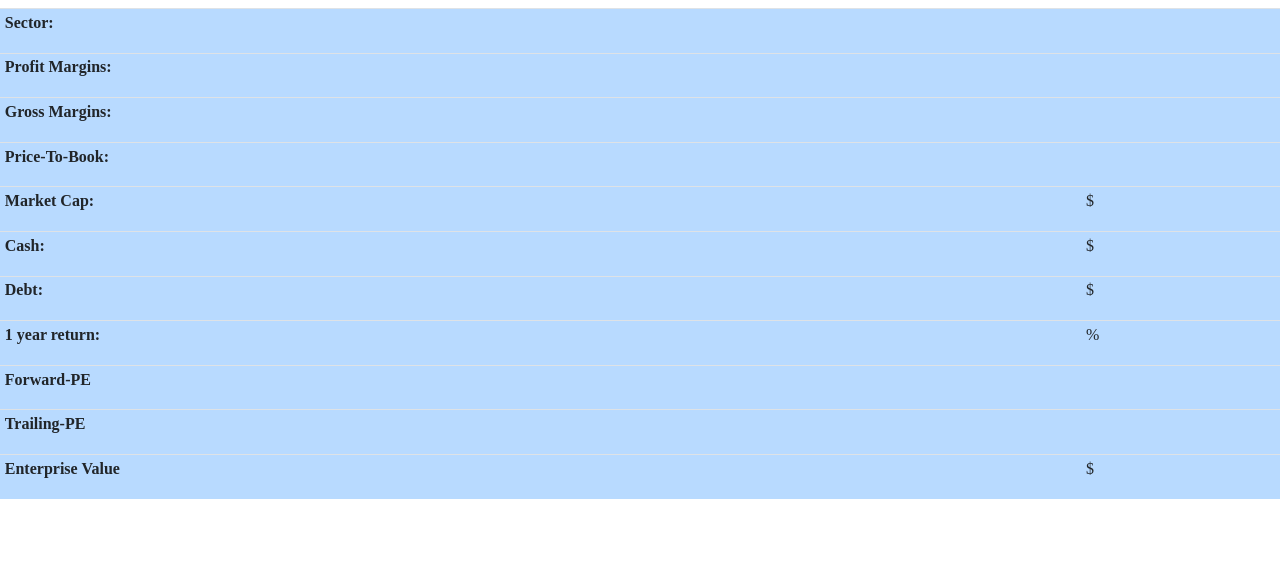
Repository: brendan12372/theSite
Page: topTen/templates/stocks/stock_detail.html
These files come from the project's save history. The page is drawn as it stood at one moment and after the next save; the edit follows.
The browser window is 1280 px wide. The pictures show the whole page.
Some web libraries are served in a nearby version. The page is served by the project's application, run on Django 4.2 (manage.py). Other server files are loaded and not shown. The template is opened directly, without the code that normally fills it, so the values that code supplies are empty.

Above is the page before, as saved 2022-03-15 00:58:38.

### topTen/templates/stocks/stock_detail.html
{% load static %}
{{ static }}

<html lang="en">
  <head>
    <!-- Required meta tags -->
    <meta charset="utf-8">
    <meta name="viewport" content="width=device-width, initial-scale=1, shrink-to-fit=no">

    <!-- Bootstrap CSS -->
    <link rel="stylesheet" href="https://cdn.jsdelivr.net/npm/bootstrap@4.0.0/dist/css/bootstrap.min.css" integrity="sha384-Gn5384xqQ1aoWXA+058RXPxPg6fy4IWvTNh0E263XmFcJlSAwiGgFAW/dAiS6JXm" crossorigin="anonymous">
    <link rel="stylesheet" type="text/css" href="{% static 'topTen/style.css' %}"><!doctype html>

    <title>Hello, world!</title>
  </head>
  <body>

    <!--  <h1 class="display-3 text-center">{{ object.shortName }}</h1>
    <p class="text-start font-weight-bold"> summary:</p><p>{{ object.summary }}</p>
    <p>{{object.news}}<a href={{object.link}}>learn more</a> </p>

    <p>market Cap: {{ object.marketCap }}</p>


    <p>Profit Margin: {{ object.profitMargins }}</p>
    <p>Profit Margin: {{ object.grossMargins }}</p>
    <p>1 year Return: {{ object.yearReturn }}</p>
    <p>Price-to-Book: {{ object.PriceToBook}}</p>
    <p>Debt Equity Ratio: {{ object.debtEquityRatio}}</p> -->
    <h1 class="display-3 text-center">{{ object.shortName }}</h1>
    <table class="table table-hover table-primary table-sm">
      <!-- <thead class="thead-dark">
        <tr>
          <th scope="col">cat</th>
          <th scope="col">val</th>
        </tr>
      </thead> -->
      <tbody>

        <tr>
          <td><p class="font-weight-bold">Sector:</p></td>
          <td>{{object.sector}}</td>
        </tr>
        <tr>
          <td><p class="font-weight-bold">Profit Margins:</p></td>
          <td>{{object.profitMargins}}</td>
        </tr>
        <tr>
          <td><p class="font-weight-bold">Gross Margins:</p></td>
          <td>{{object.grossMargins}}</td>
        </tr>

        <tr>
          <td><p class="font-weight-bold">Price-To-Book:</p></td>
          <td>{{object.PriceToBook}}</td>
        </tr>

        <tr>
          <td><p class="font-weight-bold">Market Cap:</p></td>
          <td>$ {{object.marketCap}}</td>
        </tr>
        <tr>
          <td><p class="font-weight-bold">Cash:</p></td>
          <td>$ {{object.totalCash}}</td>
        </tr>

        <tr>
          <td><p class="font-weight-bold">Debt:</p></td>
          <td>$ {{object.totalDebt}}</td>
        </tr>

        <tr>
          <td><p class="font-weight-bold">1 year return:</p></td>
          <td>{{object.yearReturn}} %</td>
        </tr>
        <tr>
          <td><p class="font-weight-bold">Forward-PE</p></td>
          <td>{{object.forwardPE}}</td>
        </tr>

        <tr>
          <td><p class="font-weight-bold">Trailing-PE</p></td>
          <td>{{object.trailingPE}}</td>
        </tr>

        <tr>
          <td><p class="font-weight-bold">Enterprise Value</p></td>
          <td>$ {{object.enterpriseValue}}</td>
        </tr>


      </tbody>
    </table>




    <!-- Optional JavaScript -->
    <!-- jQuery first, then Popper.js, then Bootstrap JS -->
    <script src="https://code.jquery.com/jquery-3.2.1.slim.min.js" integrity="sha384-KJ3o2DKtIkvYIK3UENzmM7KCkRr/rE9/Qpg6aAZGJwFDMVNA/GpGFF93hXpG5KkN" crossorigin="anonymous"></script>
    <script src="https://cdn.jsdelivr.net/npm/popper.js@1.12.9/dist/umd/popper.min.js" integrity="sha384-ApNbgh9B+Y1QKtv3Rn7W3mgPxhU9K/ScQsAP7hUibX39j7fakFPskvXusvfa0b4Q" crossorigin="anonymous"></script>
    <script src="https://cdn.jsdelivr.net/npm/bootstrap@4.0.0/dist/js/bootstrap.min.js" integrity="sha384-JZR6Spejh4U02d8jOt6vLEHfe/JQGiRRSQQxSfFWpi1MquVdAyjUar5+76PVCmYl" crossorigin="anonymous"></script>
  </body>
</html>

### tutorial/urls.py
from django.urls import path, include
from django.contrib import admin

urlpatterns = [
path('admin/', admin.site.urls),
path('', include('stocks.urls')),
path('topTen/', include('topTen.urls')),

]

### stocks/urls.py
from django.urls import path
from stocks import views
from django.contrib import admin

urlpatterns = [
    # path('stocks/', views.stocks_list),
    path('', views.stocks_list2),
    path('<int:pk>/', views.stocks_detail),
    path('<str:sector>/<str:sortBy>/<str:dir>', views.stocks_list),
    path('sectors/<str:sortBy>/<str:dir>', views.sector_list),

]

### topTen/urls.py
from django.urls import path
from topTen import views
urlpatterns = [
    # path('front/', views.front_list),
    # path('front/<int:pk>/', views.stocks_detail),
    path('sector/', views.sector_view,name='sector'),
    path('home/', views.vTwo,name='sort'),
    path('',views.home,name='home'),
    path('<int:pk>/', views.detail.as_view(),name='detail'),


]

### topTen/static/topTen/style.css
 /* Navbar container */
 .theOptions{
  background-color:lightblue;
  text-align: left;
     padding-left: 10%;
}
 article{
margin-top:30px;
 }
 body{
          font-family: "Noto Serif Armenian Light";

 }
.Key{
    background-color: lightblue;
}

.theList{
  background-color:darkgrey;
  text-align: left;
  margin-top: 5px;
    font-family: "Times";
}
p{
         font-family: "Noto Serif Armenian Light";

}
 .navbar {
  overflow: hidden;
  background-color: darkgrey;
  font-family: 'Noto Serif Armenian Light';
     margin-bottom: 30px;
}
 body {
   background-color:'green'
 }

/* Links inside the navbar */
.navbar a {
  float: left;
  font-size: 16px;
  color: white;
  text-align: center;
  padding: 14px 16px;
  text-decoration: none;
}

/* The dropdown container */
.dropdown {
  float: left;
  overflow: hidden;
}

/* Dropdown button */
.dropdown .dropbtn {
  font-size: 16px;
  border: none;
  outline: none;
  color: white;
  padding: 14px 16px;
  background-color: inherit;
  font-family: inherit; /* Important for vertical align on mobile phones */
  margin: 0; /* Important for vertical align on mobile phones */
}

/* Add a red background color to navbar links on hover */
.navbar a:hover, .dropdown:hover .dropbtn {
  background-color: red;
}

/* Dropdown content (hidden by default) */
.dropdown-content {
  display: none;
  position: absolute;
  background-color: #f9f9f9;
  min-width: 160px;
  box-shadow: 0px 8px 16px 0px rgba(0,0,0,0.2);
  z-index: 1;
}

/* Links inside the dropdown */
.dropdown-content a {
  float: none;
  color: black;
  padding: 12px 16px;
  text-decoration: none;
  display: block;
  text-align: left;
}

/* Add a grey background color to dropdown links on hover */
.dropdown-content a:hover {
  background-color: #ddd;
}

/* Show the dropdown menu on hover */
.dropdown:hover .dropdown-content {
  display: block;
}
label {
  ;
}

After the next save:
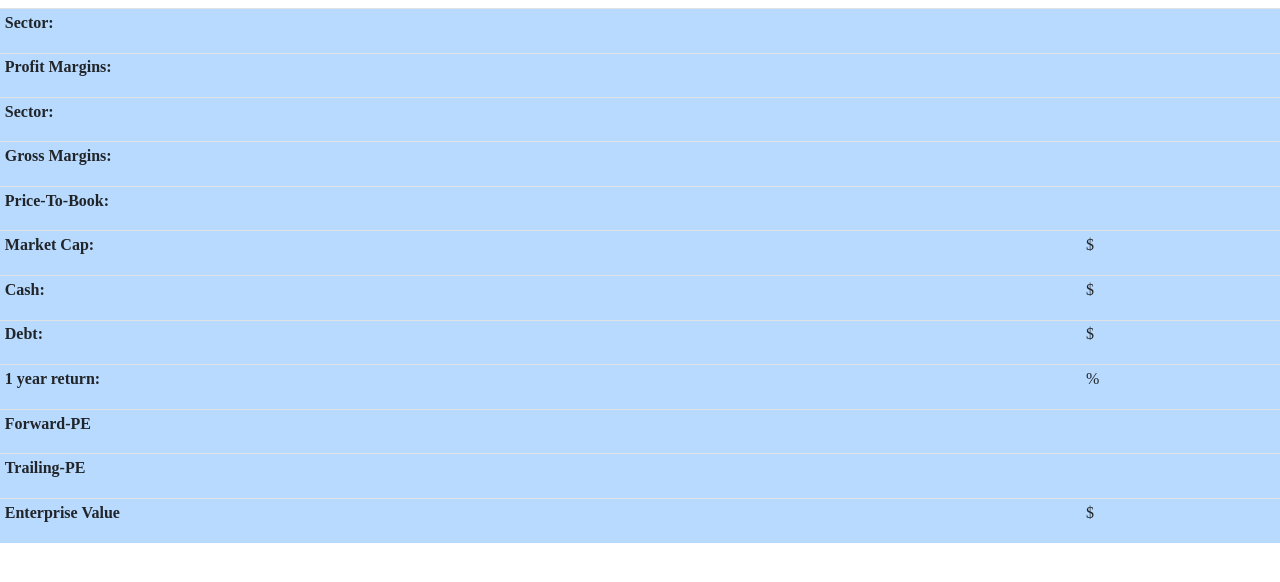
Saved 63 s later.
--- a/topTen/templates/stocks/stock_detail.html
+++ b/topTen/templates/stocks/stock_detail.html
@@ -45,6 +45,11 @@
           <td><p class="font-weight-bold">Profit Margins:</p></td>
           <td>{{object.profitMargins}}</td>
         </tr>
+        <tr>
+          <td><p class="font-weight-bold">Sector:</p></td>
+          <td>{{object.sector}}</td>
+        </tr>
+        <tr>
         <tr>
           <td><p class="font-weight-bold">Gross Margins:</p></td>
           <td>{{object.grossMargins}}</td>
